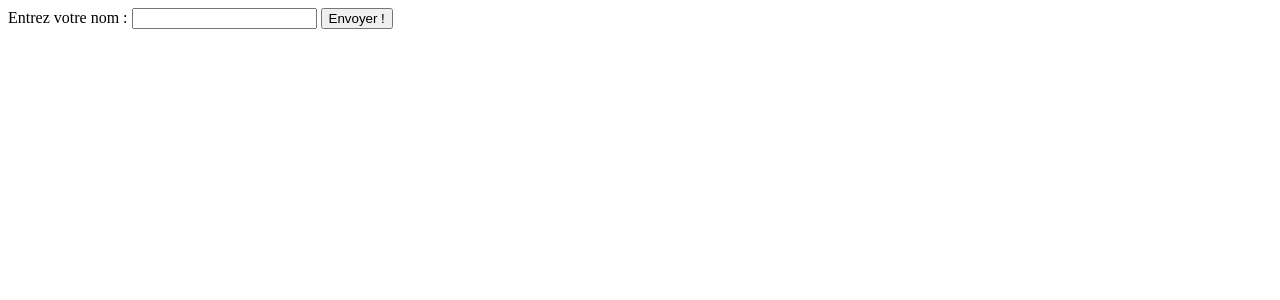
Repository: samoteur13/laravel_crud
Page: http://localhost/users
An editor plug-in stored every save of this project. The page is shown before and after a run of saves, followed by the edit.
The browser window is 1280 px wide. The pictures show the whole page.
The page is served by the project's Laravel application, run on PHP 8.4 with Laravel 10. Other server files are loaded and not shown.

Above is the page before, as saved 2023-03-31 12:08:42.

### routes/web.php
<?php

use Illuminate\Support\Facades\Route;
use App\Http\Controllers\PostController;
use App\Http\Controllers\ArticleController;
use App\Http\Controllers\UsersController;
use App\Http\Controllers\WelcomeController;



Route::get('/', function () {
    return view('welcome');
});

Route::get('users', [UsersController::class, 'create']);
Route::post('users', [UsersController::class, 'store']);



Route::resource("posts", PostController::class);

Route::get('/welcoming', [WelcomeController::class, 'index']);

Route::get('article/{n}', [ArticleController::class, 'show'])->where('n', '[0-9]+');

### app/Http/Controllers/UsersController.php
<?php

namespace App\Http\Controllers;

use Illuminate\View\View;
use Illuminate\Http\Request;

class UsersController extends Controller
{
    public function create() : View
    {
        return view('infos');
    }

    public function store(Request $request): string
    {
        return 'Le nom est ' . $request->input('nom');
    }
}

### resources/views/infos.blade.php
@extends('template')

@section('contenu')
    <form action="{{ url('users') }}" method="POST">
        @csrf
        <label for="nom">Entrez votre nom : </label>
        <input type="text" name="nom" id="nom">
        <input type="submit" value="Envoyer !">
    </form>
@endsection

### resources/views/template.blade.php
<!doctype html>
<html lang="fr">

<head>
    <meta charset="UTF-8">
</head>

<body>
    @yield('contenu')
</body>

</html>

Loaded but not shown: app/Http/Controllers/Controller.php (common file)

After the next 7 saves:
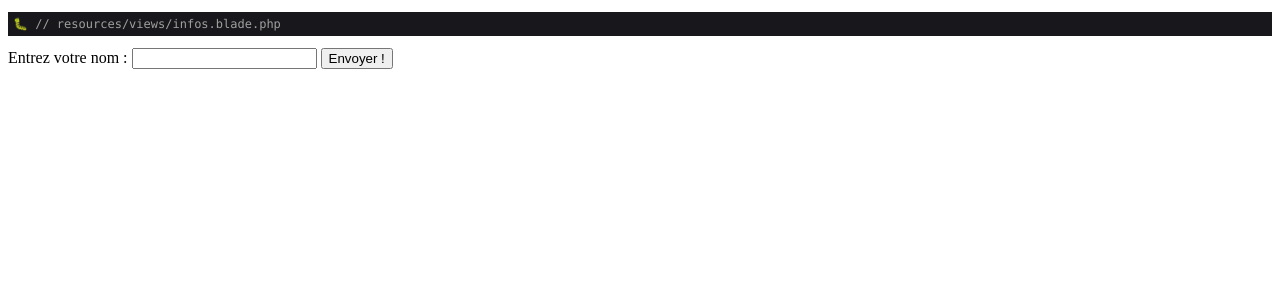
The 7 saves are shown as one change because 2 did not build or start and some came seconds apart.
The last was saved 9 min 34 s later.
--- a/resources/views/infos.blade.php
+++ b/resources/views/infos.blade.php
@@ -3,6 +3,7 @@
 @section('contenu')
     <form action="{{ url('users') }}" method="POST">
         @csrf
+        {{ dump()}}
         <label for="nom">Entrez votre nom : </label>
         <input type="text" name="nom" id="nom">
         <input type="submit" value="Envoyer !">

After the 3 saves that followed:
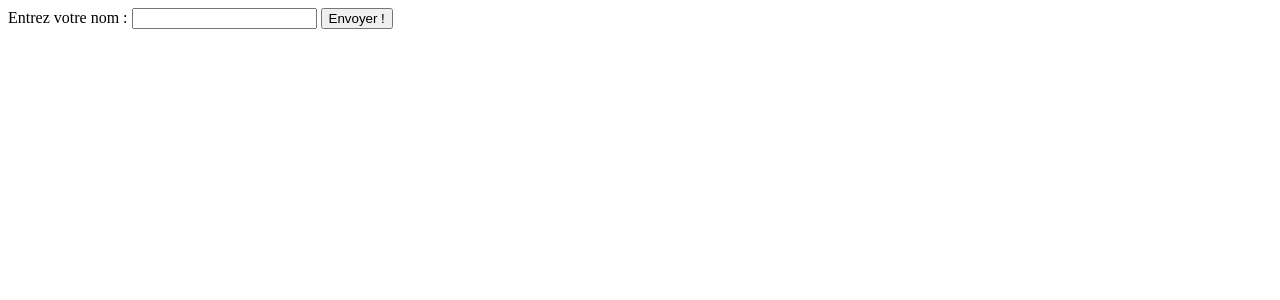
The 3 saves are shown as one change because 1 did not build or start and some came seconds apart.
The last was saved 20 s later.
--- a/resources/views/infos.blade.php
+++ b/resources/views/infos.blade.php
@@ -3,7 +3,6 @@
 @section('contenu')
     <form action="{{ url('users') }}" method="POST">
         @csrf
-        {{ dump()}}
         <label for="nom">Entrez votre nom : </label>
         <input type="text" name="nom" id="nom">
         <input type="submit" value="Envoyer !">
